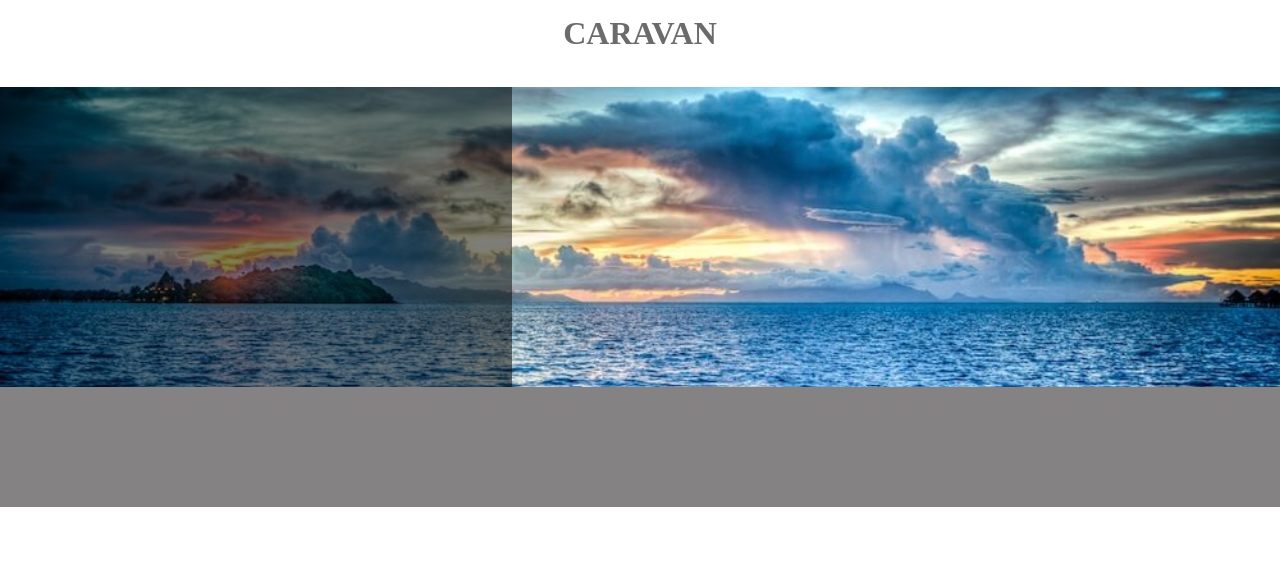
Repository: hayase-m/Webcamp
Page: caravan/index.html
The author's editor kept a record of every edit. The page is drawn from the files as they stood at one moment, then again after the next edit.
The browser window is 1280 px wide. The pictures show the whole page.

Above is the page before.

After the next edit:
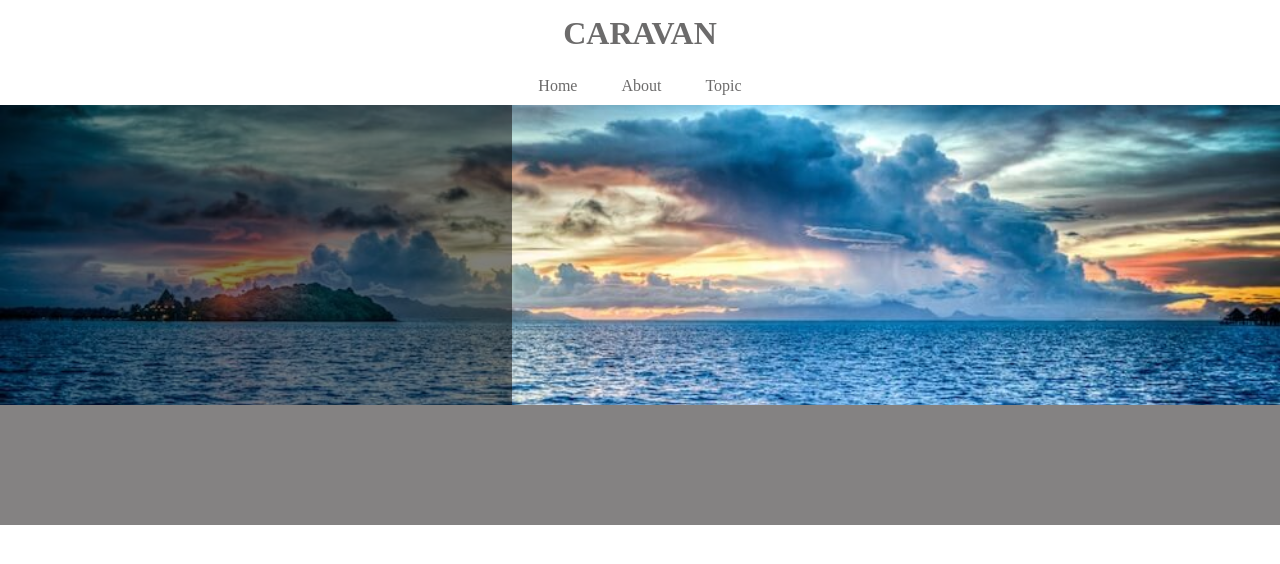
The edit:
--- a/caravan/index.html
+++ b/caravan/index.html
@@ -19,7 +19,13 @@
 
     <!-- navigation -->
     <nav>
-      <ul class="nav-list"></ul>
+      <ul class="nav-list">
+        <li class="nav-list-item">
+          <a href="index.html">Home</a>
+        </li>
+        <li class="nav-list-item">About</li>
+        <li class="nav-list-item">Topic</li>
+      </ul>
     </nav>
 
     <!-- main-visual用のdiv -->
